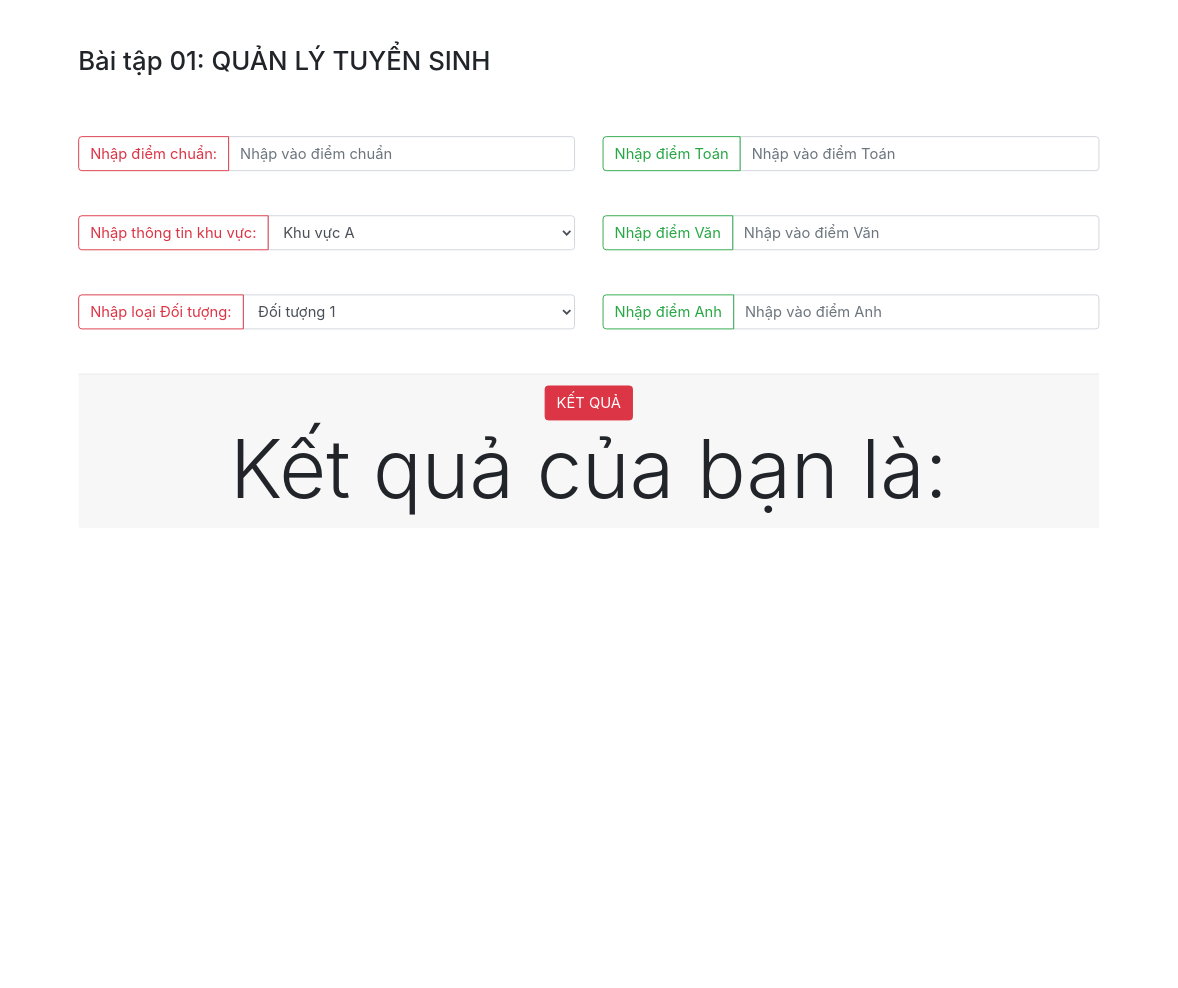
Repository: ducdatit2002/javascript-tinh-day15
Page: index.html
An editor plug-in stored every save of this project. The page is shown before and after the next save, followed by the edit.
The browser window is 1280 px wide. The pictures show the whole page, at 92% of full size.

Above is the page before, as saved 2023-08-20 12:56:04.

After the next save:
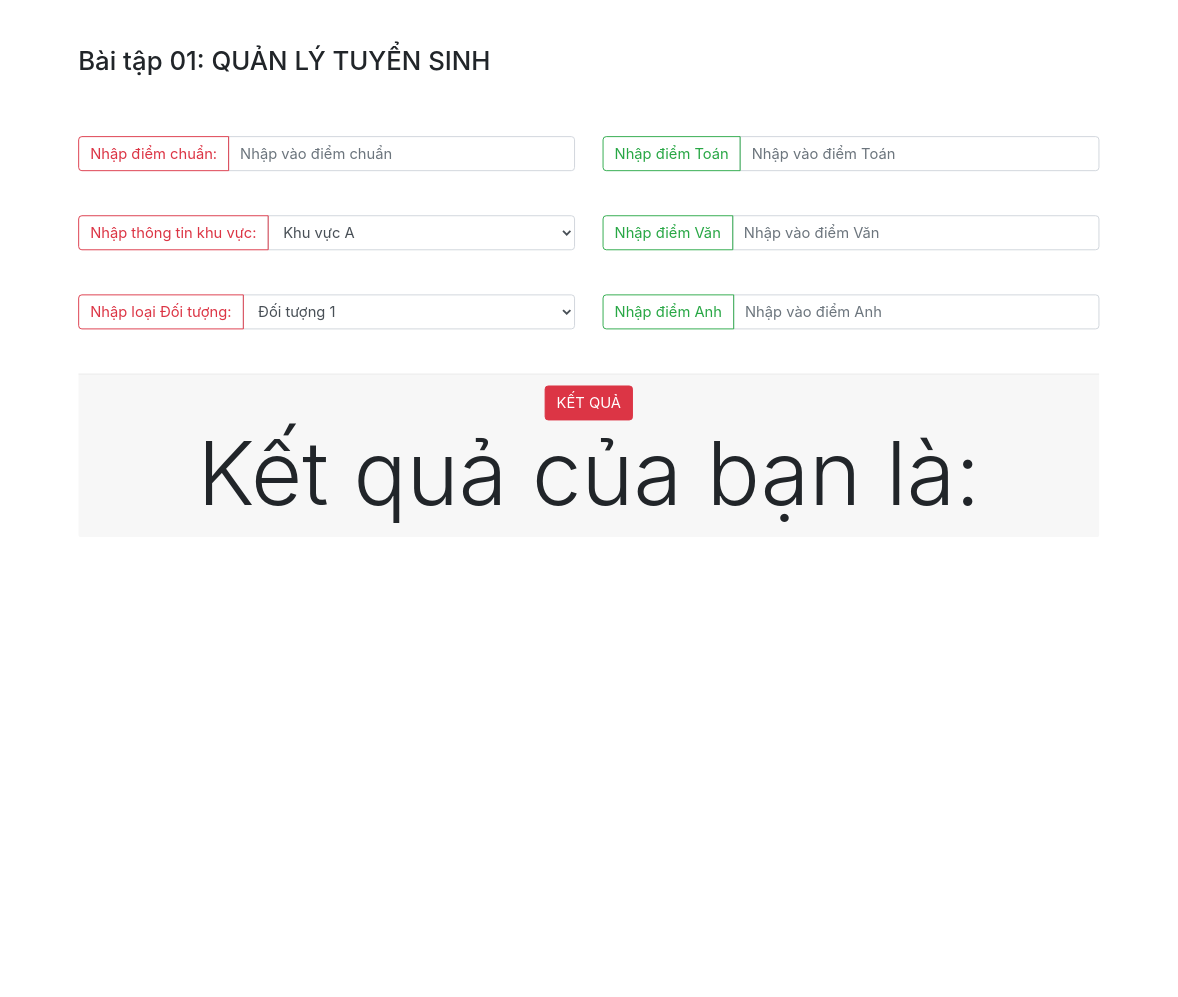
Saved 6 s later.
--- a/index.html
+++ b/index.html
@@ -94,7 +94,7 @@
         <div class="card-footer text-center mt-5">
             <button id="btnKetQua" class="btn btn-danger">KẾT QUẢ</button>
             <br />
-            <span id="ketQua" class="display-2">Kết quả của bạn là: </span>
+            <span id="ketQua" class="display-1">Kết quả của bạn là: </span>
           </div>
       </div>
     </div>
